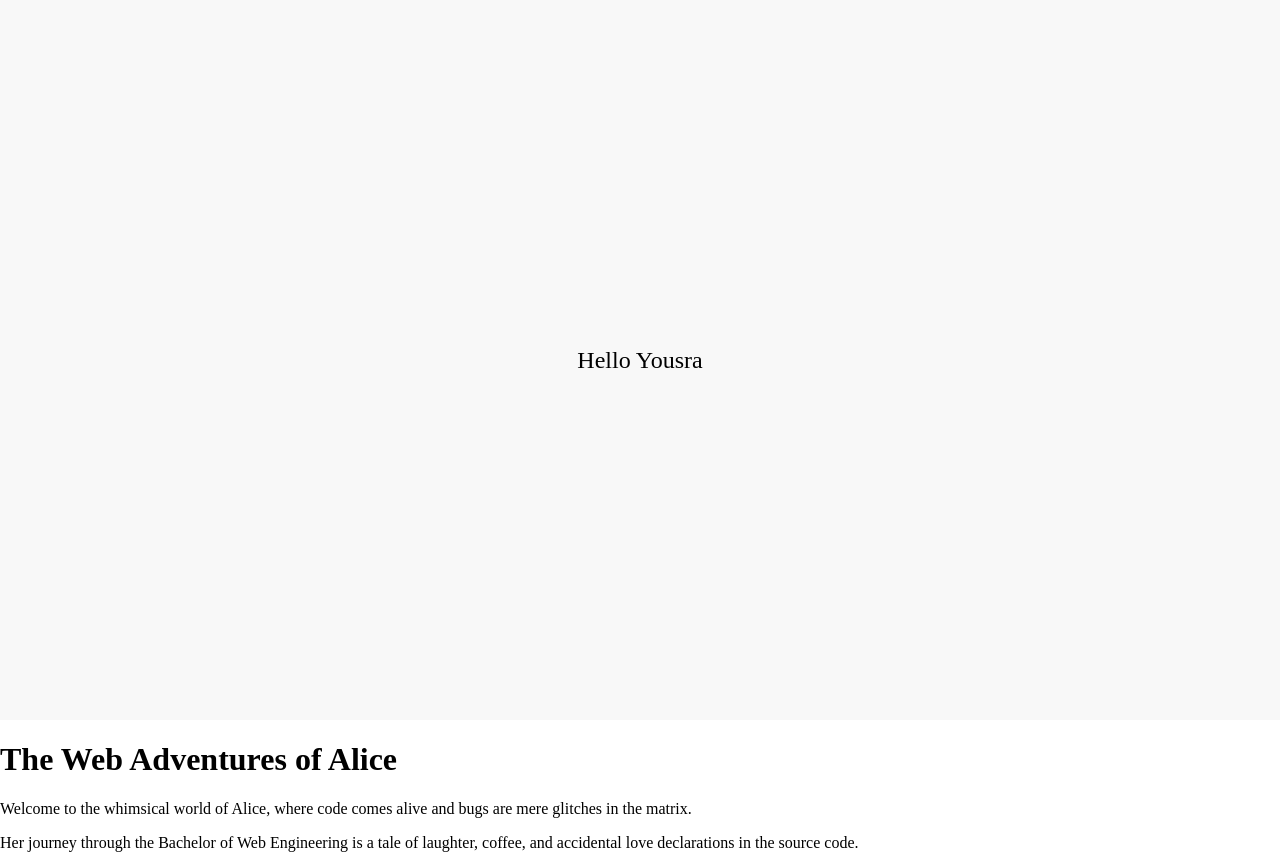
Repository: inessben/application
Page: index.html
The author's editor kept a copy of each file at every save. The page is drawn from the files as they stood at one save, then again after the next save.
The browser window is 1280 px wide. The pictures show the whole page.

Above is the page before, as saved 2023-12-03 18:41:01.

After the next save:
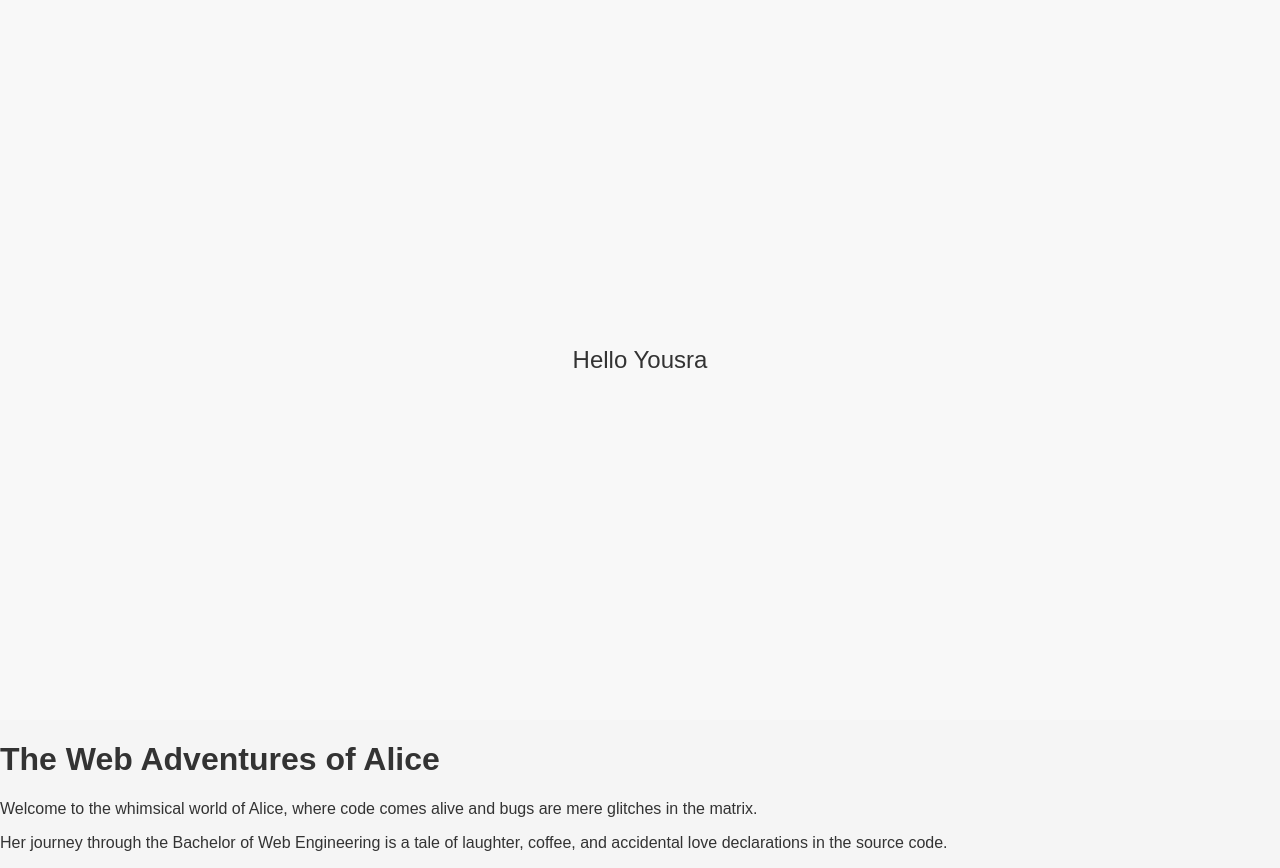
Saved 28 s later.
--- a/index.css
+++ b/index.css
@@ -5,6 +5,11 @@ html {
 body {
     margin: 0;
     overflow: hidden;
+    font-family: 'Arial', sans-serif;
+    background-color: #f5f5f5;
+    color: #333;
+    margin: 0;
+    padding: 0;
     }
 
 #interactive-section {
